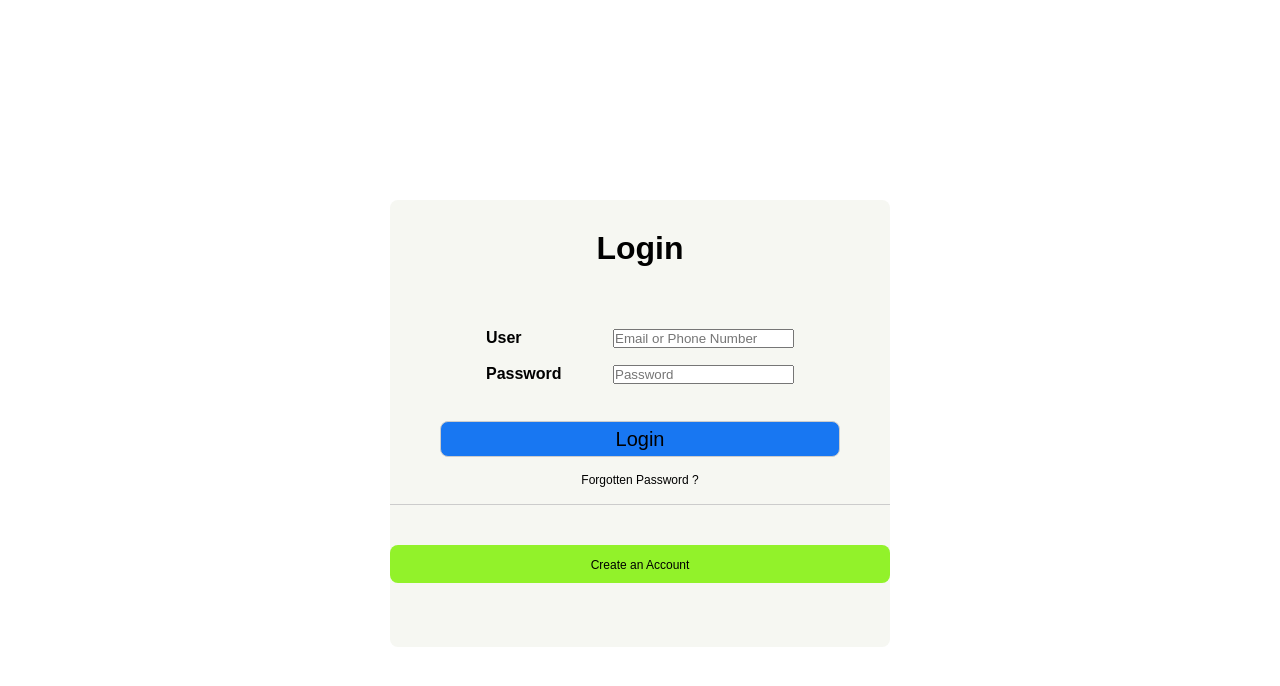
Repository: Naohonproject/web101x02_asm1
Page: login.html
These files come from the project's save history. The page is drawn as it stood at one moment and after the next save; the edit follows.
The browser window is 1280 px wide. The pictures show the whole page.

Above is the page before, as saved 2022-01-16 00:30:20.

### login.html
<!-- @format -->

<!DOCTYPE html>
<html lang="en">
	<head>
		<meta charset="UTF-8" />
		<meta http-equiv="X-UA-Compatible" content="IE=edge" />
		<meta name="viewport" content="width=device-width, initial-scale=1.0" />

		<link rel="stylesheet" href="./assets/css/style.css" />
		<link rel="stylesheet" href="./assets/css/responsive.css" />
		<title>login</title>
	</head>
	<body>
		<div class="conteiner">
			<form class="form" id="form-login" action="" method="">
				<div class="form-wrapper">
					<div class="logo">
						<h1>Login</h1>
					</div>
					<div class="input">
						<div class="user-input">
							<label for="user-id"><strong>User</strong></label>
							<input
								type="text"
								id="user-id"
								required
								placeholder="Email or Phone Number"
							/>
						</div>

						<div class="user-input">
							<label for="user-pass"><strong>Password</strong></label>
							<input
								type="text"
								id="user-pass"
								required
								placeholder="Password"
							/>
						</div>
						<div class="clear"></div>
					</div>
					<div class="btn-block">
						<div class="btn">
							<button type="button">Login</button>
						</div>

						<div class="forgotten">
							<a href="">Forgotten Password ?</a>
						</div>
						<div class="Create-acc">
							<a href="Signup.html" target="_blank">Create an Account</a>
						</div>
					</div>
				</div>
			</form>
		</div>
	</body>
</html>

### assets/css/style.css
/** @format */

/* common */

/* reset css */
* {
	box-sizing: border-box;
	padding: 0;
	margin: 0;
	text-decoration: none;
	color: #000;
}

/* row style */

/* collumn style */

/* Set text lineweight to Bold */
.bold-text {
	font-weight: 640;
}
.white-text {
	color: #fff !important;
}

.pull-left {
	float: left !important;
}

.pull-right {
	float: right !important;
}

.box-padding {
	padding: 40px 56px 30px;
}

.clear {
	clear: both;
}

/* specific */

html {
	font-family: Arial, Helvetica, sans-serif;
}

body {
	padding: 0 32px;
}
/* start styling header */
#header {
	height: 56px;
	width: 100%;
	background-color: #fff;
	background-clip: border-box;
	color: #000;
	font-size: 16px;
	text-transform: uppercase;
	font-weight: 500;
	position: fixed;
	top: 0;
	left: 0;
	z-index: 1;
	padding: 0 32px;
}

.header-wrapper {
	height: 100%;
	padding: 0 64px;
}

#header li:hover {
	background-color: #282830;
	cursor: pointer;
}
#header li:hover a {
	color: #fff;
}

#header li {
	display: inline-block;
	margin-left: 16px;
	line-height: 56px;
	padding: 0 16px;
}
/* end styling header */

/* start styling banner */
#banner {
	width: 100%;
	margin-top: 56px;
	padding-top: 39.123607%;
	background: url(../img/banner/banner.png) top center / cover no-repeat;
	background-origin: border-box;
	position: relative;
	top: 0;
	left: 0;
}

.banner-text-content {
	position: absolute;
	top: 160px;
	left: 56px;
}

#banner .content-heading,
.content-desc {
	font-family: "Times New Roman", Times, serif;
}

#banner .content-heading {
	font-size: 28px;
}

#banner .content-desc {
	font-size: 24px;
}
/* end styling banner */

/* start styling content */
#content {
	background-color: #e7e7e7;
	width: 100%;
	background-clip: border-box;
}

#content .content-heading h2,
p {
	padding: 4px 0;
}

#content .content-heading {
	margin-bottom: 20px;
}
#content img {
	display: block;
	width: 100%;
}

#content .image-block {
	float: left;
	width: calc(100% / 3);
	padding: 0 16px;
}

#content .content-images-table {
	margin-left: -16px;
	margin-right: -16px;
}

.image-block .first-img {
	margin-bottom: 40px;
}
/* end styling content */

/* start styling footer */
#footer {
	background-color: #ccc;
}

#footer .footer-block {
	float: left;
	max-width: calc(100% / 3);
	padding: 0 16px;
}

#footer .footer-wrapper {
	padding-bottom: 56px;
}

#footer h3,
p,
a {
	padding: 12px 0px;
}

#footer p {
	line-height: 24px;
}
#footer a {
	color: #1dabb8;
}
/* end styling footer */

/* start styling login.html */

.container {
	background-color: #f0f2f5;
}
.form-wrapper {
	width: 500px;
	margin: 0 auto;
	text-align: center;
	position: relative;
	top: 200px;
	background-color: #f6f7f2;
	border-radius: 8px;
	padding: 10px 0px 24px;
}

.form .logo {
	padding: 20px 40px;
	margin-bottom: 16px;
}
.form .input {
	padding: 8px 24px;
	margin-bottom: 24px;
}

.form .user-input {
	padding: 18px 72px;
}

.form .user-input label {
	display: inline-block;
	float: left;
}

.form .user-input input {
	display: inline-block;
	float: right;
}

.btn-block .btn {
	padding: 5px 0;
	margin-bottom: 8px;
	position: relative;
}

.btn-block .btn button {
	font-size: 20px;
	display: inline-block;
	width: 400px;
	height: 36px;
	background-color: #1877f2;
	border-radius: 8px;
	border: solid 1px #ccc;
}

.btn-block a {
	font-size: 12px;
}

.btn-block .forgotten {
	margin-bottom: 40px;
	border-bottom: 1px solid #ccc;
	padding-bottom: 16px;
}

.btn-block .Create-acc {
	background-color: #92f22a;
	background-clip: padding-box;
	padding: 10px 56px;
	border-radius: 8px;
	margin-bottom: 40px;
}

.clear {
	clear: both;
}

Loaded but not shown: assets/css/responsive.css (no stored copy; drawn as an empty file)

After the next save:
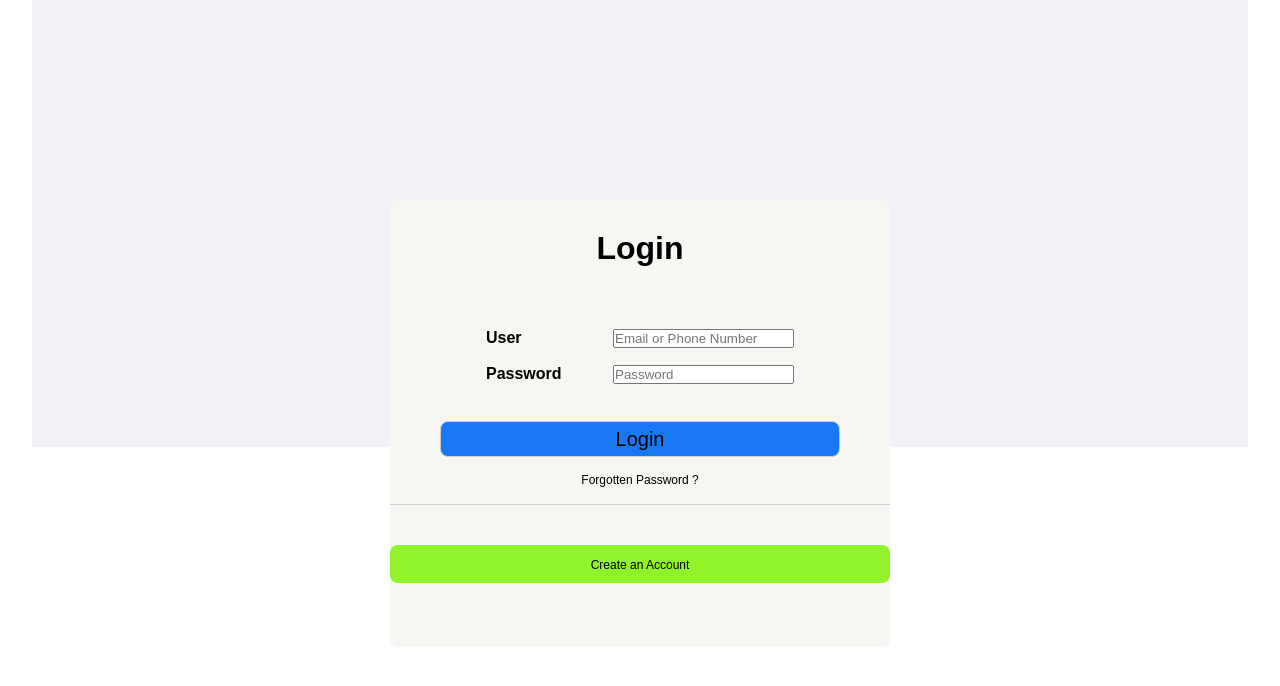
Saved 4 min 51 s later.
--- a/login.html
+++ b/login.html
@@ -12,7 +12,7 @@
 		<title>login</title>
 	</head>
 	<body>
-		<div class="conteiner">
+		<div class="container">
 			<form class="form" id="form-login" action="" method="">
 				<div class="form-wrapper">
 					<div class="logo">
